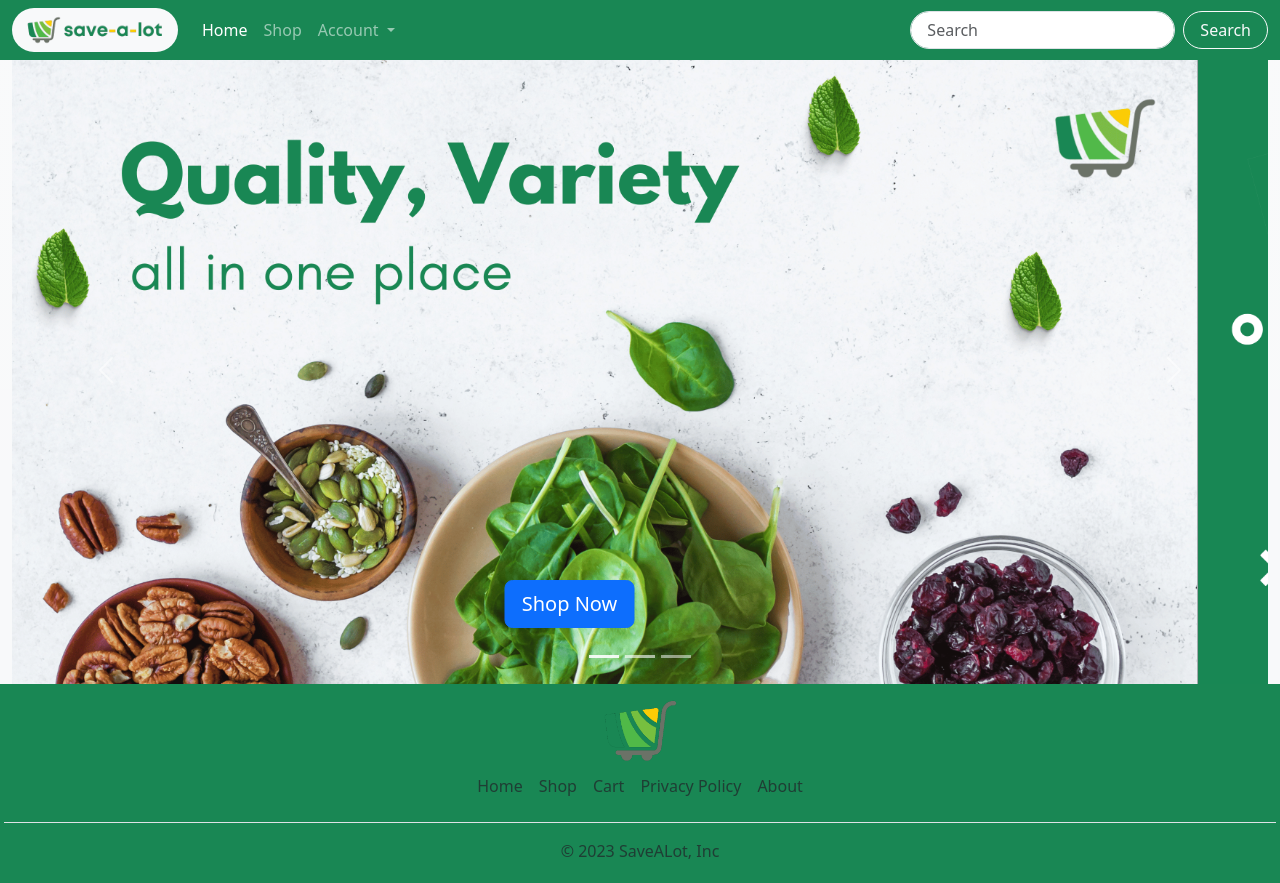
Repository: bill071194/savealot
Page: savealot/resources/views/index.blade.php
The author's editor kept a record of every edit. The page is drawn from the files as they stood at one moment, then again after the next edit.
The browser window is 1280 px wide. The pictures show the whole page.
The page is served by the project's Laravel application, run on PHP 8.4 with Laravel 10. The template is opened directly, without the code that normally fills it, so the values that code supplies are empty.

Above is the page before.

After the next edit:
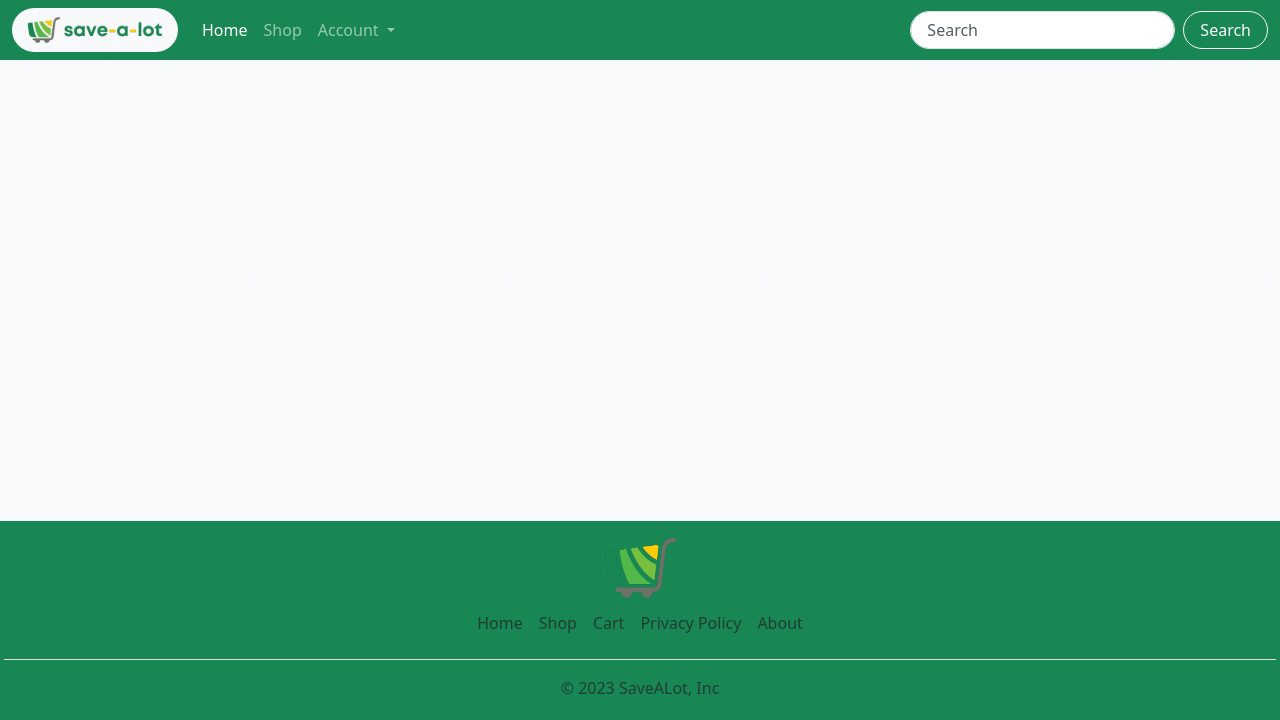
The edit:
--- a/savealot/resources/views/index.blade.php
+++ b/savealot/resources/views/index.blade.php
@@ -11,7 +11,7 @@
       <button type="button" data-bs-target="#myCarousel" data-bs-slide-to="2" aria-label="Slide 3" class=""></button>
     </div>
     <div class="carousel-inner">
-      <div class="carousel-item active" style="background-image: url(pics/carousel_bg1.png)" height="100%">
+      <div class="carousel-item" style="background-image: url(pics/carousel_bg1.png)" height="100%">
         <img src="pics/carousel1.png" alt="carousel1" class="center">
         <div class="container">
           <div class="carousel-caption">

After the 3 edits that followed:
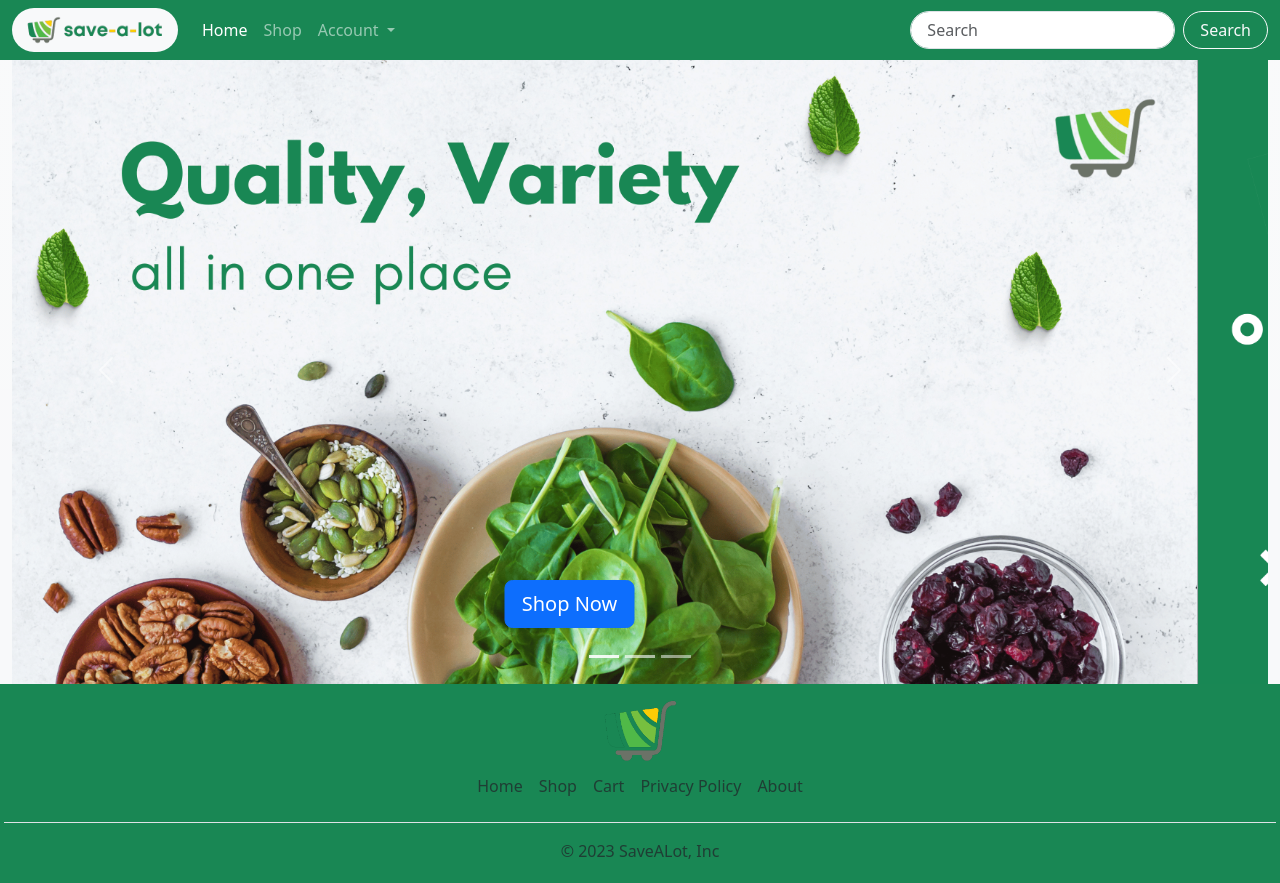
The 3 edits are shown as one change because 2 left the picture as it was.
The edit:
--- a/savealot/resources/views/index.blade.php
+++ b/savealot/resources/views/index.blade.php
@@ -11,7 +11,7 @@
       <button type="button" data-bs-target="#myCarousel" data-bs-slide-to="2" aria-label="Slide 3" class=""></button>
     </div>
     <div class="carousel-inner">
-      <div class="carousel-item" style="background-image: url(pics/carousel_bg1.png)" height="100%">
+      <div class="carousel-item active" style="background-image: url(pics/carousel_bg1.png)" height="100%">
         <img src="pics/carousel1.png" alt="carousel1" class="center">
         <div class="container">
           <div class="carousel-caption">
@@ -19,7 +19,7 @@
           </div>
         </div>
       </div>
-      <div class="carousel-item" style="background-image: url(pics/carousel_bg1.png)" height="100%">
+      <div class="carousel-item" style="background-image: url(pics/carousel_bg2.png)" height="100%">
         <img src="pics/carousel2.png" alt="carousel2" class="center">
         <div class="container">
           <div class="carousel-caption text-end">
@@ -27,7 +27,7 @@
           </div>
         </div>
       </div>
-      <div class="carousel-item">
+      <div class="carousel-item" style="background-image: url(pics/carousel_bg3.png)" height="100%">
         <img src="pics/carousel3.png" alt="carousel3" class="center">
         <div class="container">
         </div>
